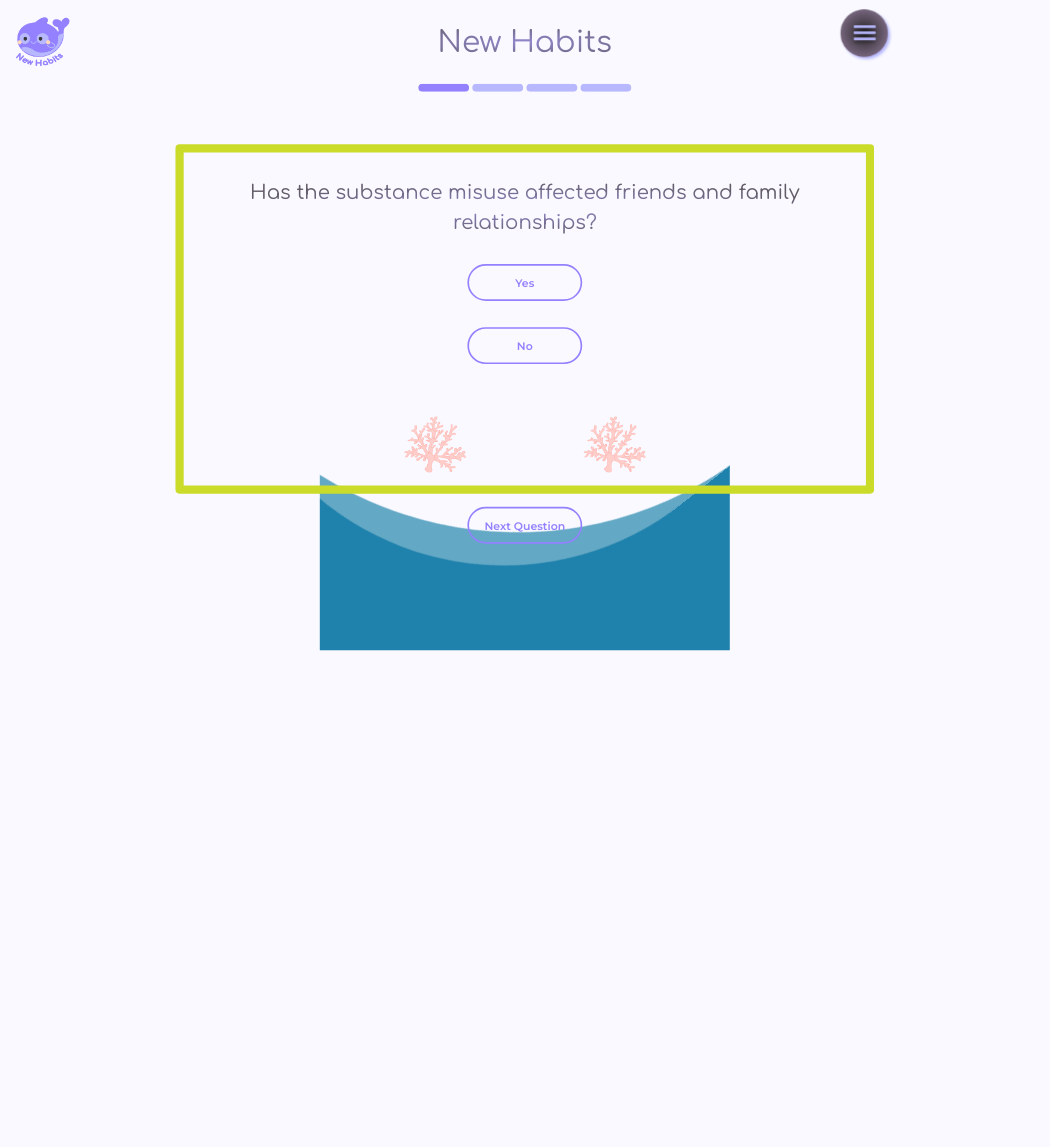
Repository: olivia-sk/MDIA-2109-2106-Big-Project
Page: /question1_6/questionone
The author's editor kept a copy of each file at every save. The page is drawn from the files as they stood at one save, then again after the next save.
The browser window is 1280 px wide. The pictures show the whole page, at 82% of full size.
The project was rebuilt for these pictures with package versions that can differ from the ones it lists, and the page was loaded fresh each time. The framework's server and built-in components were replaced by stand-ins that run in the browser. Also part of the build but not shown: next.config.js.

Above is the page before, as saved 2023-05-01 12:06:00.

After the next save:
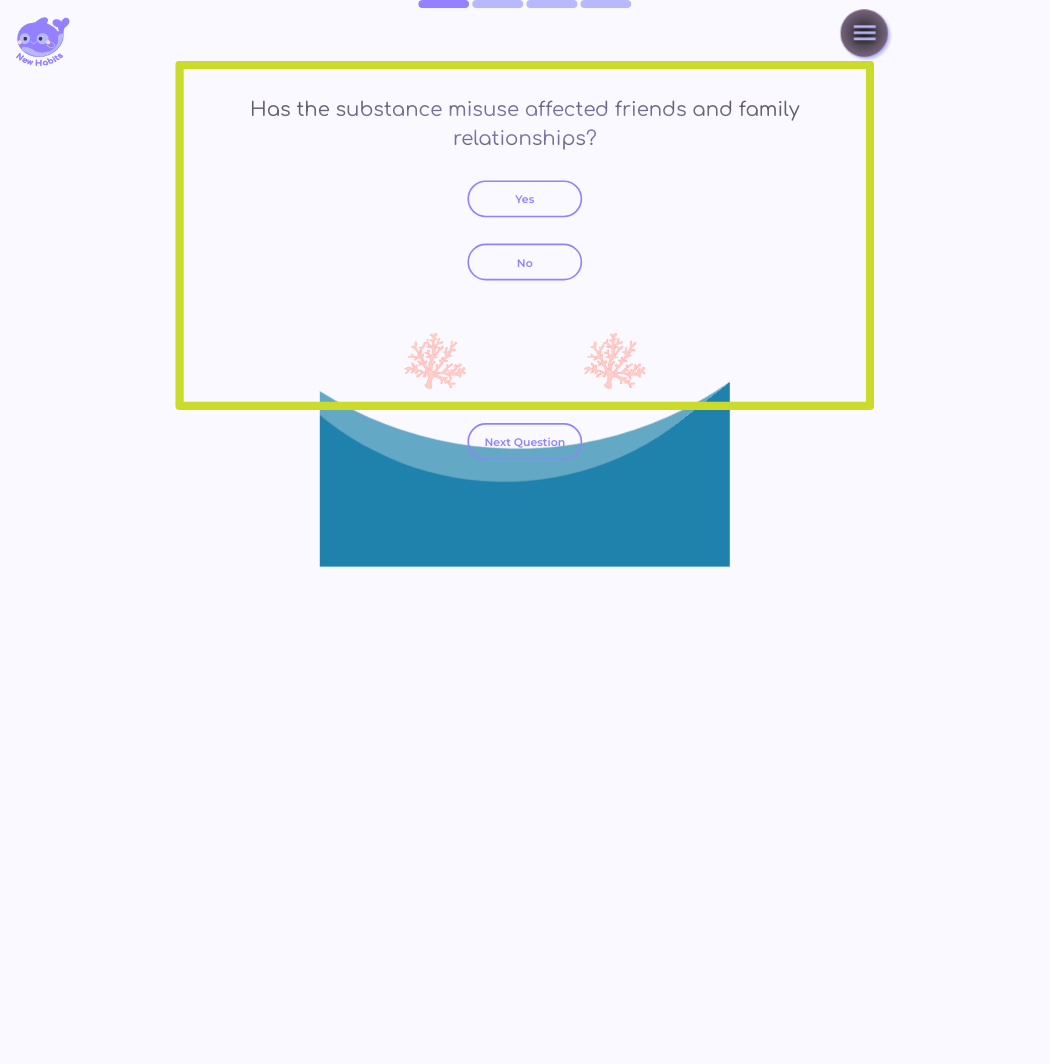
Saved 5 s later.
--- a/pages/question1_6/questionone.js
+++ b/pages/question1_6/questionone.js
@@ -41,7 +41,7 @@
         <Logo/>
         <Navigation />
         <div className={styles.container}>
-          <h1 className={styles.title}>New Habits</h1>
+
           <div className={styles.progress}>
             <ProgressBar currentStep={currentStep} totalSteps={totalSteps} />
           </div>
